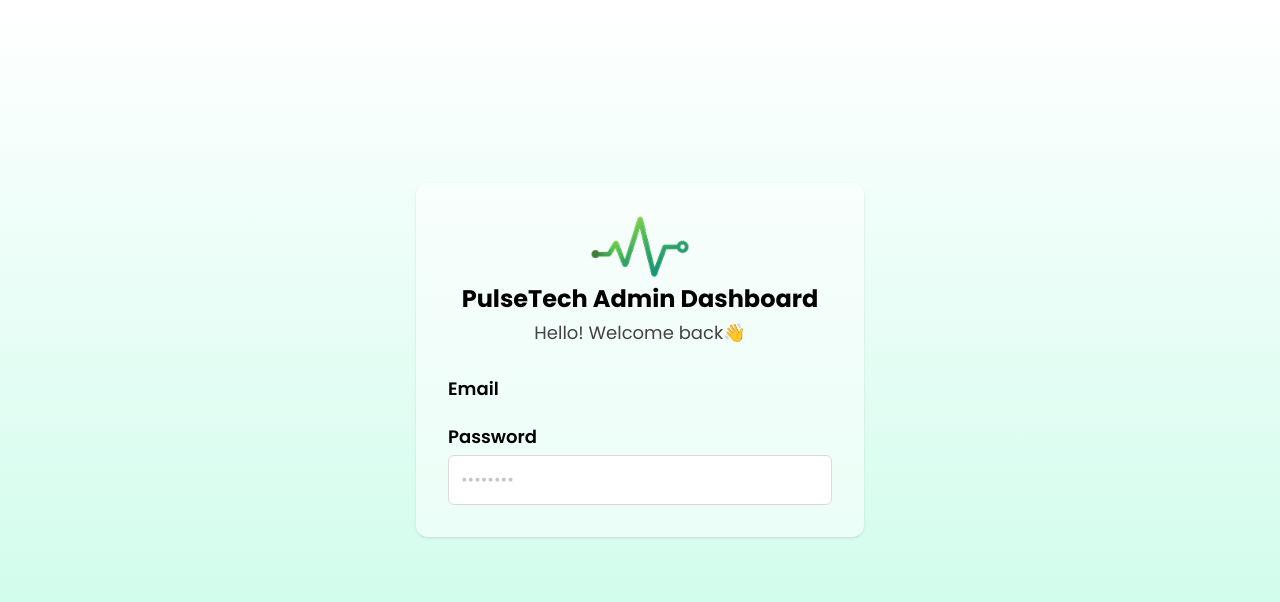
Repository: ShyrineJardin/pulse_admin
Page: /
An editor plug-in stored every save of this project. The page is shown before and after a run of saves, followed by the edit.
The browser window is 1280 px wide. The pictures show the whole page.
The project was rebuilt for these pictures with package versions that can differ from the ones it lists, and the page was loaded fresh each time.

Above is the page before, as saved 2026-03-25 11:08:20.

### src/index.css
@import url('https://fonts.googleapis.com/css2?family=Inter:ital,opsz,wght@0,14..32,100..900;1,14..32,100..900&family=Poppins:ital,wght@0,100;0,200;0,300;0,400;0,500;0,600;0,700;0,800;0,900;1,100;1,200;1,300;1,400;1,500;1,600;1,700;1,800;1,900&display=swap');

@tailwind base;
@tailwind components;
@tailwind utilities;

*{
    margin: 0;
    padding: 0;
    box-sizing: border-box;
}

body {
    font-family: poppins, sans-serif;
}

### src/App.js
import Login from "./components/Login";

function App() {
  return (
    <div className="App">
      <Login />
    </div>
  );
}

export default App;

### src/components/Login.jsx
import React from "react";


const Login = () => {
  return (
   <div className="flex items-center justify-center h-screen bg-gradient-to-b from-white to-[#C9FCE9]">
        <div className="w-full max-w-sm md:max-w-md p-8 space-y-6 bg-white/50 rounded-xl shadow">
            <div className="flex flex-col text-center gap-1">
                <img src="/logo.png" alt="pulse logo" className="lg:h-16 h-14 mx-auto" />
                <h2 className="font-bold text-xl lg:text-2xl">PulseTech Admin Dashboard</h2>
                <p className="text-subtext text-base lg:text-lg">Hello! Welcome back👋</p>

                <form action="">
                    <div className="flex flex-col gap-4 mt-6">
                        <div className="flex flex-col gap-1">
                            <h3 className="text-left font-semibold text-lg">Email</h3>
                            <div className="">

                            </div>
                        </div>
                        <div className="flex flex-col gap-1">
                            <h3 className="text-left font-semibold text-lg">Password</h3>
                            <input type="password" placeholder="••••••••" className="bg-#F6F6F6 p-3 placeholder:text-[#C5C5C5] border border-[#D9D9D9] rounded-md focus:outline-none focus:ring-2 focus:ring-primary" />
                        </div>
                    </div>
                </form>
            </div>

        </div>
    </div>
  );
}

export default Login;

### tailwind.config.js
/** @type {import('tailwindcss').Config} */
module.exports = {
  content: [
    "./src/**/*.{js,jsx,ts,tsx}",
  ],
  theme: {
    extend: {
        colors: {
          'subtext': '#434245',
          'primary': '#75EEA5',
        },
    }
  },
  plugins: [],
}

Loaded but not shown: public/index.html (common file); src/index.js (common file); src/reportWebVitals.js (common file)

After the next 3 saves:
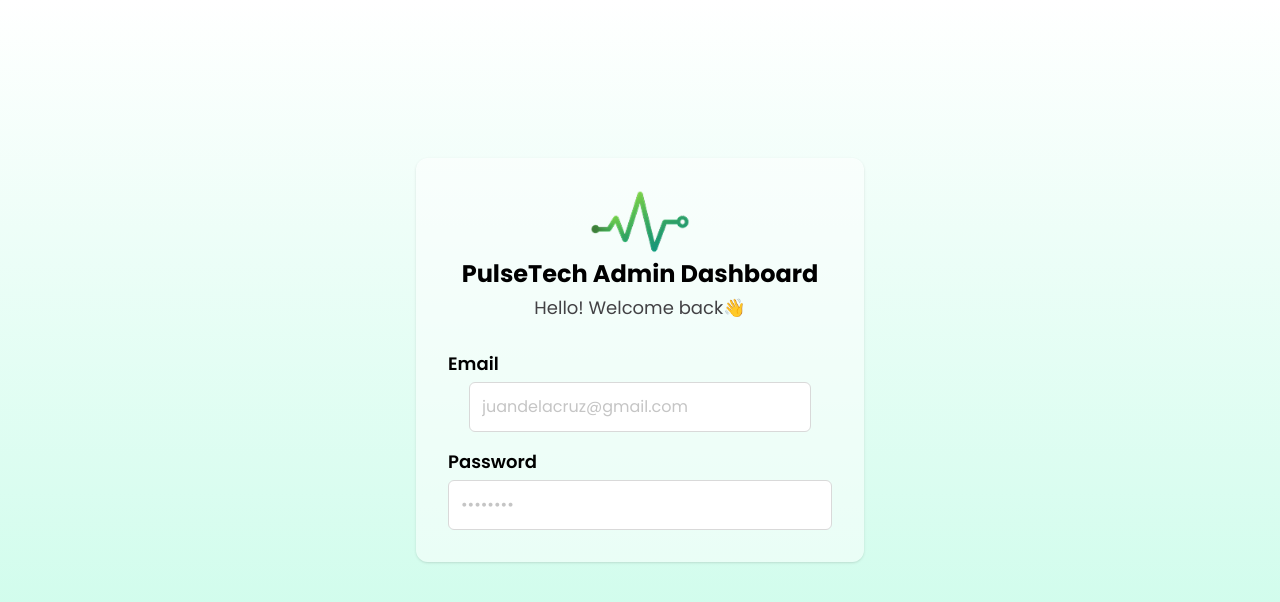
The 3 saves are shown as one change because they came seconds apart.
The last was saved 7 s later.
--- a/src/components/Login.jsx
+++ b/src/components/Login.jsx
@@ -15,7 +15,7 @@ const Login = () => {
                         <div className="flex flex-col gap-1">
                             <h3 className="text-left font-semibold text-lg">Email</h3>
                             <div className="">
-
+                                                            <input type="email" placeholder="juandelacruz@gmail.com" className="bg-#F6F6F6 p-3 placeholder:text-[#C5C5C5] border border-[#D9D9D9] rounded-md focus:outline-none focus:ring-2 focus:ring-primary" />
                             </div>
                         </div>
                         <div className="flex flex-col gap-1">
